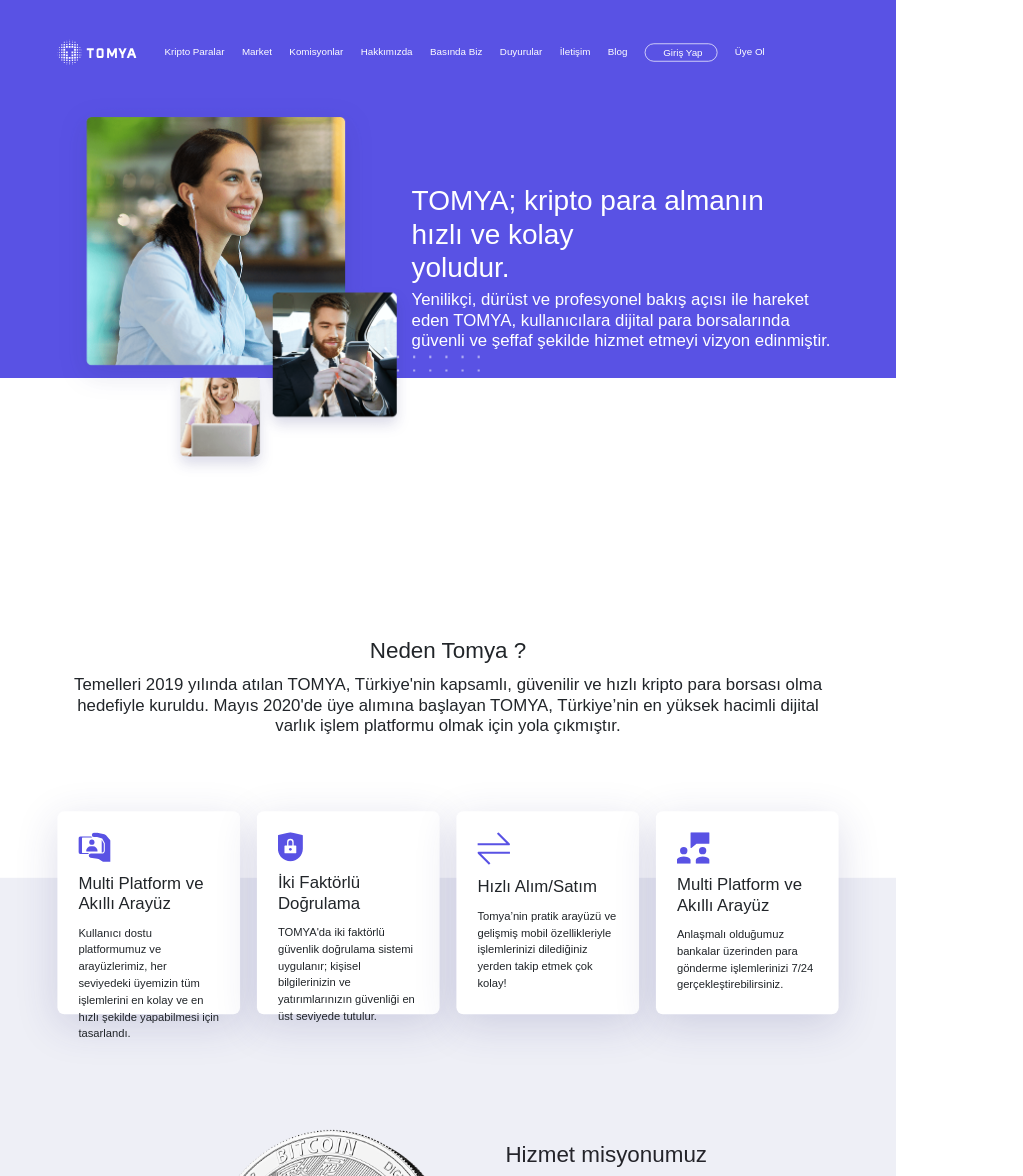
Repository: ezgibayrakli/TomyaProje
Page: index copy.html
The author's editor kept a copy of each file at every save. The page is drawn from the files as they stood at one save, then again after the next save.
The browser window is 1280 px wide. The page is 1280 px wide, then 1461 px, so the pictures cover 1461 px, including what lies to the right of the window. The pictures show the part of the page from y = 0 to 1680 px (the page is 5181 px tall), at 70% of full size.
Some web fonts or font styles are not loaded; a fallback is used.

Above is the page before, as saved 2023-07-06 13:37:31.

### index copy.html
<!DOCTYPE html>
<html lang="en">
<head>
    <meta charset="UTF-8">
    <meta name="viewport" content="width=device-width, initial-scale=1.0">
    <!-- BOOTSTRAP -->
    <link href="https://cdn.jsdelivr.net/npm/bootstrap@5.1.3/dist/css/bootstrap.min.css" rel="stylesheet" integrity="sha384-1BmE4kWBq78iYhFldvKuhfTAU6auU8tT94WrHftjDbrCEXSU1oBoqyl2QvZ6jIW3" crossorigin="anonymous">
    <link rel="stylesheet" href="style.css">
    <title>Hakkımızda-Tomya</title>
</head>
<body>
    <!-- HEADER START -->
    <section id="header">
        <div class="header">
            <div class="container">
                <nav class="navbar navbar-expand-lg navbar-light">
                    <div class="header-logo mt-5">
                        <img src="photo/tomya-logo.svg" alt="">
                    </div>
                    <button class="navbar-toggler" type="button" data-toggle="collapse" data-target="#navbarNavDropdown" aria-controls="navbarNavDropdown" aria-expanded="false" aria-label="Toggle navigation">
                      <span class="navbar-toggler-icon"></span>
                    </button>
                    <div class="collapse navbar-collapse" id="navbarNavDropdown">
                        <ul class="main-menu-header navbar-nav mt-5">
                            <li><a href="#">Kripto Paralar</a></li>
                            <li><a href="#">Market</a></li>
                            <li><a href="#">Komisyonlar</a></li>
                            <li><a href="#">Hakkımızda</a></li>
                            <li><a href="#">Basında Biz</a></li>
                            <li><a href="#">Duyurular</a></li>
                            <li><a href="#">İletişim</a></li>
                            <li><a href="#">Blog</a></li>
                            <li class="enter"><a href="#">Giriş Yap</a></li>
                            <li><a href="#">Üye Ol</a></li>
                        </ul>
                    </div>
                  </nav>
                <div class="header-text">
                    <div class="header-about-img">
                        <span class="icons-header"></span>
                        <img src="photo/aboutus-banner.png" alt="">
                    </div>
                    <div class="header-about-text">
                        <h1>TOMYA; kripto para almanın <br> hızlı ve kolay <br> yoludur.</h1>
                        <h4>Yenilikçi, dürüst ve profesyonel bakış açısı ile hareket eden TOMYA, kullanıcılara dijital para borsalarında güvenli ve şeffaf şekilde hizmet etmeyi vizyon edinmiştir.</h4>
                    </div>

                </div>
                </div>
            </div>
        </div>
    </section>
    <!-- HEADER END -->

    <!-- MAIN MENU START -->
    <section id="mainmenu">
        <div class="main-menu">
            <div class="container">
              <h2 class="text-md-center mt-5">Neden Tomya ?</h2>
              <h4 class="text-md-center mt-3">Temelleri 2019 yılında atılan TOMYA, Türkiye'nin kapsamlı, güvenilir ve hızlı kripto para borsası olma hedefiyle kuruldu. Mayıs 2020'de üye alımına başlayan TOMYA, Türkiye’nin en yüksek hacimli dijital varlık işlem platformu olmak için yola çıkmıştır.</h4>
            <div class="row">
                <div class="col-sm-12 col-md-3">
                    <div class="box">
                        <img src="photo/ic-selfie.svg" alt="">
                        <div class="box-text">
                            <h4 class="mt-3">Multi Platform ve Akıllı Arayüz</h4>
                            <p class="mt-3">Kullanıcı dostu platformumuz ve arayüzlerimiz, her seviyedeki üyemizin tüm işlemlerini en kolay ve en hızlı şekilde yapabilmesi için tasarlandı.</p>
                        </div>
                    </div>
                </div>
                <div class="col-sm-12 col-md-3">
                    <div class="box">
                        <img src="photo/ic-privacy.svg" alt="">
                        <div class="box-text">
                            <h4 class="mt-3">İki Faktörlü Doğrulama</h4>
                            <p class="mt-3">TOMYA'da iki faktörlü güvenlik doğrulama sistemi uygulanır; kişisel bilgilerinizin ve yatırımlarınızın güvenliği en üst seviyede tutulur.</p>
                        </div>
                    </div>
                </div>
                <div class="col-sm-12 col-md-3">
                    <div class="box">
                        <img src="photo/ic-sellbuy.svg" alt="">
                        <div class="box-text">
                            <h4 class="mt-3">Hızlı Alım/Satım</h4>
                            <p class="mt-3">Tomya’nin pratik arayüzü ve gelişmiş mobil özellikleriyle işlemlerinizi dilediğiniz yerden takip etmek çok kolay!</p>
                        </div>
                    </div>
                </div>
                <div class="col-sm-12 col-md-3">
                    <div class="box">
                        <img src="photo/ic-support.svg" alt="">
                        <div class="box-text">
                            <h4 class="mt-3">Multi Platform ve Akıllı Arayüz</h4>
                            <p class="mt-3">Anlaşmalı olduğumuz bankalar üzerinden para gönderme işlemlerinizi 7/24 gerçekleştirebilirsiniz.</p>
                        </div>
                    </div>
                </div>
            </div>
            </div>
        </div>
        <div class="main-menu-two">
            <div class="container">
                <div class="row">
                    <div class="col-sm-12 col-md-6 coins">
                        <img src="photo/aboutus-coins.png" alt="">
                    </div>
                    <div class="col-sm-12 col-md-6 coins-text">
                        <h2 class="mt-3">Hizmet misyonumuz</h2>
                        <ul class="coins-text-ul">
                            <li>Güçlü takım ve işbirliği ile tam hizmet</li>
                            <li>Üstün teknoloji ürünleri ile 7/24 destek</li>
                            <li>Güvenilir kaynaklardan en son piyasa bilgileri</li>
                            <li>Sonuç odaklı araştırma ve strateji planlaması</li>
                            <li>Yüksek güvenlik ve kişisel verilerin korunması</li>
                        </ul>
                    </div>

                </div>
            </div>
        </div>
        <div class="main-menu-three">
            <div class="container">
                <h2 >İş Ortaklarımız</h2>
                <div class="row">
                        <div class="col-sm-12 col-md-6 bctr-img">
                            <img src="photo/BCTR-logo.png" alt="">
                        </div>
                        <div class="col-sm-12 col-md-6 mt-auto mb-auto ">
                            <p>Tomya Teknoloji A.Ş. olarak kripto ekosisteminde faaliyetlerimize hız kesmeden devam ediyoruz. Türkiye’de sürdürülebilir blockchain ekosistemi oluşturan, bu teknoloji ile yeni dönem iş yapış biçimlerinin önündeki zorlukların giderilmesine yönelik çalışmaları bulunan Blockchain Türkiye Platformu'na platin üye olduk.</p>
                        </div>
                </div>
            </div>
        </div>
        <div class="main-menu-four">
    <div class="container">
        <div class="row">
            <div class="col-sm-6">
                <h2>TOMYA'yı Sosyal Medyada Takip Edin</h2>
                <h3 class="mt-3">Dijital para borsalarındaki diğer yatırımcılarla bağlantı kurmak, promosyonlar hakkında bilgi almak ve yatırım stratejilerini tartışmak için TOMYA'yı sosyal medya üzerinden takip edebilirsiniz.</h3>
                <a href="#" ><img src="photo/followTwitter.svg" alt="" class="mt-5"></a>
            </div>
                <div class="col-sm-6 twitter-img">
                    <img  alt="img_twitter_social" src="photo/img_twitter_social.png">
                </div>
            </div>
    </div>
        </div>
        <div class="main-menu-five">
            <div class="container">
                <div class="box">
                    <div class="row">
                        <div class="col-md-4">
                            <h2>Basın Kiti</h2>
                        </div>
                        <div class="col-md-8">
                            <h3>Markamıza ait logomuzun medya kanallarında ya da farklı mecralarda en doğru şekilde kullanımı için basın materyallerini indirebilirsiniz.</h3>
                        </div>
                    </div>
                    <div class="row" style="height: 200px;margin-top: 45px;">
                        <div class="col-md-2 bg-white" style="margin-right:20px;border-radius: 10px;">
                            <h6 style="margin-top: 150px;text-align: center;">Logo Kullanımı</h6>
                        </div>
                        <div class="col bg-white" style="border-radius: 10px;">
                            <div class="row">
                                <div class="col-md-3">
                                    <h6 style="margin-top: 140px;text-align: center;">Renkli ve <br>
                                        Siyah/Beyaz kullanım</h6>
                                </div>
                                <div class="col-md-3">
                                    <h6 style="margin-top: 140px;text-align: center;">Logo baskı, web ve <br>
                                        HEX renk kodları</h6></div>
                                <div class="col-md-6">
                                <a href="#">
                                    <h6 class="btn-outline" style="margin-top: 140px;text-align: center;">
                                        Basın Kitini İndir
                                    </h6>
                                </a>
                                </div>
                        </div>

                    </div>
                </div>
            </div>
        </div>
    </section>
    <!-- MAIN MENU END -->

    <!-- FOOTER START -->
    <div class="footer">
        <div class="footer-one mt-5">
            <div class="container">
                <div class="wrap d-flex align-items-start flex-lg-row flex-column">
                    <h3>Avantajlı Kripto İşlemleri</h3>
                    <h5 class="w-100 ml-lg-3 mt-lg-0 ">TOMYA, müşterilerine güvenilir ve șeffaf hizmet anlayışının yanında düșük komisyon prensipleri de sunar. TOMYA ile dijital para borsalarındaki alım satım deneyiminizi en üst noktaya çıkarabilirsiniz.</h5>
                    <a href="#" class="btn mr-auto ml-auto  mr-lg-0 mt-lg-0 ">Hesap Oluştur</a>
                </div>
            </div>
        </div>
    <footer class="footer-two footer">
    <div class="container">
        <div class="row">
            <div class="col-md-2 items">
                <h6>Kurumsal</h6>
                <ul>
                    <li><a href="#">Kullanıcı Sözleşmesi</a></li>
                    <li><a href="#">Gizlilik ve Çerez Politikası</a></li>
                    <li><a href="#">Kişisel Verilerin Korunması</a></li>
                    <li><a href="#">Açık Rıza Ve Dijital İletişim İzni Beyanı</a></li>
                    <li><a href="#">Hakkımızda</a></li>
                    <li><a href="#">İletişim</a></li>
                </ul>
            </div>
            <div class="col-md-2 items">
                <h6>Kullanıcılar için</h6>
                <ul>
                    <li><a href="#">Blog</a></li>
                    <li><a href="#">Basında Biz</a></li>
                    <li><a href="#">Sıkça Sorulan Sorular</a></li>
                    <li><a href="#">Kripto Hesaplayıcı</a></li>
                    <li><a href="#">Kripto Sözlük</a></li>
                    <li><a href="#">Duyurular</a></li>
                    <li><a href="#">Limitler</a></li>
                    <li><a href="#">Para Yatırma ve Çekme Platformları</a></li>
                    <li><a href="#">Kara Para Aklamayı Önleme Politikası</a></li>
                    <li><a href="#">Müşterini Tanı (KYC) Politikası</a></li>

                </ul>
            </div>
            <div class="col-md-2 items">
                <h6>Kripto paralar</h6>
            <ul >
                    <li><a href="#">Bitcoin</a></li>
                    <li><a href="#">Ethereum</a></li>
                    <li><a  href="#">Ripple</a></li>
                    <li> <a  href="#">Litecoin</a></li>
                    <li><a  href="#">Tether</a></li>
                    <li> <a  href="#">Chainlink</a></li>
                    <li> <a  href="#">Polkadot</a></li>
                    <li> <a  href="#">Avalanche</a></li>
                    <li><a  href="#">Binance Coin</a></li>
                    <li>  <a  href="#">Pancakeswap</a></li>
                    <li> <a  href="#">Solana</a></li>
                    <li><a  href="#">NEAR Protocol</a></li>
                    <li> <a  href="#">ApeCoin</a></li>
                    <li><a  href="#">Uniswap</a></li>
                    <li><a  href="#">Fantom</a></li>
                    <li><a  href="#">Curve DAO</a></li>
                    <li> <a  href="#">Ethereum Classic</a></li>
            </ul>
            </div>
            <div class="col-md-2 items mt-4">
            <ul>
                <li><a href="#">Dogecoin</a></li>
                <li> <a href="#">Cardano</a></li>
                <li><a href="#">NEO</a></li>
                <li>  <a href="#">Chiliz</a></li>
                <li><a href="#">Holochain</a></li>
                <li> <a href="#">BitTorrent Chain</a></li>
                <li><a href="#">Decentraland</a></li>
                <li><a href="#">The Sandbox</a></li>
                <li> <a href="#">Shiba Inu</a></li>
                <li><a href="#">Polygon</a></li>
                <li> <a href="#">PAX Gold</a></li>
                <li> <a href="#">Cosmos</a></li>
                <li><a href="#">Enjin Coin</a></li>
                <li> <a href="#">VeChain</a></li>
                <li><a href="#">THORChain </a></li>
                <li> <a href="#">Oasis Network</a></li>

            </ul>
            </div>
            <div class="col-md-2 items">
                <h6>Rehber</h6>
                <ul>
                <li>  <a href="#">Bitcoin al</a></li>
                <li><a href="#">Ethereum al</a></li>
                <li> <a href="#">Ripple al</a></li>
                <li><a href="#">Litecoin al</a></li>
                <li> <a href="#">Tether al</a></li>
                <li> <a href="#">Chainlink al</a></li>
                <li><a href="#">Polkadot al</a></li>
                <li><a href="#">Avalanche al</a></li>
                <li> <a href="#">Binance Coin al</a></li>
                <li> <a href="#">Pancakeswap al</a></li>
                <li><a href="#">Solana al</a></li>
                <li><a href="#">NEAR Protocol al</a></li>
                <li><a href="#">ApeCoin al</a></li>
                <li> <a href="#">Uniswap al</a></li>
                <li>  <a href="#">Fantom al</a></li>
                <li><a href="#">Curve DAO al</a></li>
                <li><a href="#">Ethereum Classic al</a></li>

            </ul>
            </div>
            <div class="col-md-2 items mt-4">
            <ul>
                <li>   <a href="#">Dogecoin al</a></li>
                <li> <a href="#">Cardano al</a></li>
                <li><a href="#">NEO al</a></li>
                <li><a href="#">Chiliz al</a></li>
                <li><a href="#">Holochain al</a></li>
                <li> <a href="#">BitTorrent Chain al</a></li>
                <li> <a href="#">Decentraland al</a></li>
                <li><a href="#">The Sandbox al</a></li>
                <li><a href="#">Shiba Inu al</a></li>
                <li><a href="#">Polygon al</a></li>
                <li><a href="#">PAX Gold al</a></li>
                <li> <a href="#">Cosmos al</a></li>
                <li> <a href="#">Enjin Coin al</a></li>
                <li><a href="#">VeChain al</a></li>
                <li><a href="#">THORChain al</a></li>
                <li><a href="#">Oasis Network al</a></li>

            </ul>
            </div>
        </div>
        <hr class="mt-5" style="color: gray;">
      <div class=" pt-5 d-flex justify-content-lg-between flex-lg-row flex-column align-items-lg-center">
            <div>
            <h6 >TOMYA TEKNOLOJİ A.Ş. <br>Maslak Mah. Saat Sok. Spine Tower No: 5/10, <br>Sarıyer / İstanbul </h6>
            <br><h6 >Tel: 0(212) 807 10 71(72-73)</h6>
        </div>
        <div>
        <div class="social d-flex justify-content-lg-end mt-lg-0 mt-5">
            <a class="mr-4" href="https://www.facebook.com/tomya.com" target="_blank"><img  alt="facebook-ikon" src="photo/ic-fb.svg"></a>
            <a class="mr-4" href="https://twitter.com/tomyacom" target="_blank"><img  alt="twitter-ikon" src="photo/ic-tw.svg"></a>
            <a class="mr-4" href="https://www.instagram.com/tomyacom/" target="_blank"><img alt="instagram-ikon" src="photo/ic-ins.svg"></a>
            <a class="mr-4" href="https://t.me/tomyacom" target="_blank"><img alt="telegram-ikon" src="photo/ic-telegram.svg"></a>
            <a class="mr-4" href="https://www.youtube.com/channel/UCSOpFT_5xJLvf6yfXIyxDlQ" target="_blank"><img alt="yt-ikon" src="photo/ic-yt-logo.svg"></a>
        </div>
        </div>
       </div>
       <div class="row">
        <h6 class="mt-5 mb-5 tomya-end">Tüm Hakları Saklıdır. © 2021 - TOMYA <br> TOMYA TEKNOLOJİ A.Ş. <br> Mersis No: 0850062440300001</h6>
       </div>
    </div>
       </footer>

    </div>
    <!-- FOOTER END -->

    <script src="tomya.js"></script>
    <script src="https://cdn.jsdelivr.net/npm/bootstrap@5.1.3/dist/js/bootstrap.bundle.min.js" integrity="sha384-ka7Sk0Gln4gmtz2MlQnikT1wXgYsOg+OMhuP+IlRH9sENBO0LRn5q+8nbTov4+1p" crossorigin="anonymous"></script>
    <!-- SAYFAMIZIN NETWORK KISMINDAN UYGULANIP UYGULANMADIGINI GORURUZ -->
</body>
</html>

### style.css
/* FONTS */
  @import url('https://fonts.googleapis.com/css2?family=Barlow+Condensed&family=Edu+NSW+ACT+Foundation&family=Fira+Sans&family=Quicksand:wght@300&family=Rajdhani:wght@300&family=Tinos:ital@1&display=swap');
  @import url('assets/fonts/GraphikRegular.ttf');
  @import url('assets/fonts/GraphikMedium.ttf');

/* TUM SITELER ICIN KULLANILAN SIFIRLAMA KODLAR */
*,
*::before,
*::after,
body{
    padding: 0;
    margin: 0;
    box-sizing: border-box;
    border: 0;
    font-family:Sans-Serif;

}

a,
a:link,
a:visited{
    text-decoration: none;
    outline: none;
    border: none;
}

ul,
li {
    list-style: none;
    margin: 0;
    padding: 0;
}

section,
span,
p {
    margin: 0;
    padding:0;
    outline: none;
    border: none;
}

/* HEADER */
.header{
    background-color: #5952e4;
    max-width: 100%;
    height: 75vh;
}
.header-navbar{
    display: flex;
    /* align-items: center; */
    justify-content: space-between;
    padding-top: 50px;
}
    .menu-items ul{
        align-items: center;
        justify-content: flex-end;
    }
    .main-menu-header{
        display: flex;
        margin-left: 15px;
    }
    .main-menu-header li > a {
        color: white;
        font-size: 14px;
        padding-left: 25px;
    }
    .enter{
        border: 1px solid;
        color:#fff;
        border-radius: 25px;
        padding-right: 20px;
        margin-left: 25px;
    }

/* HEADER TEXT */
.header-text{
    color: #fff;
    display: flex;
    align-items: center;
    justify-content:center;

}
.header-about-img img{
    width: 100%;
    height: 100%;
    margin:35px 0 35px 0;
}
.header-about-text{
    margin-bottom: 50px;
    position: relative;
}
.header-about-text::after{
    content: "";
    background: url(dots.svg);
    position: absolute;
    width: 120px;
    height: 44px;
    opacity: 0.5;
    left: -21px;

}
.icons-header{
    width: 1133px;
    height: 765px;
}


/* Main-Menu */
.main-menu{
    margin-top: 370px;
}
.box{
    background: #fff;
    margin-top: 100px;
    height: 290px;
    border-radius: 10px;
    padding: 30px;
    box-shadow:  0 15px 60px 0 rgba(50,46,127,.17);
}
.main-menu-two{
    background: #eeeff6;
    margin-top: -195px;
    padding-top: 360px;
}

/* Main-Menu-Two */
.coins img {
    width: 630px;
    margin-bottom: -75px;
    margin-left: 90px;
}
.coins-text h2{
    color: #24242a;
    padding-left: 70px;
}
.coins-text-ul{
    margin-top: 20px;
    padding-left: 70px;
}
.coins-text-ul li{
    list-style:disc;
    padding-top: 10px;
    font-size: 18px;

}

/* REFERANSLAR (Main-Menu-Three) */
.main-menu-three h2{
    text-align: center;
}
.main-menu-three .container{
    max-width: 1200px;
    margin-top: 150px;
    background: #fff;
    box-shadow: 0 15px 60px 0 rgba(50,46,127,.17);
    border-radius: 15px;
    padding: 30px;
}
.bctr-img img{
    display: block;
    margin-left: auto;
    margin-right: auto;
    width: 50%;
}


/* Main-Menu-Four */
.main-menu-four{
    padding-top: 215px;

}
.main-menu-four .container{
    max-width: 1200px;

}
.main-menu-four .container h4{
    padding:15px 0 25px 0;
}
.container .twitter-img img{
    width: 100%;
    display: block;
    margin-left: auto;
    margin-right: auto;

}
.btn-outline{
  background-color: #fff;
  border-radius: 25px;
  color: #5952e4;
  border: 1px solid #5952e4;
  text-align: center;
}

/* Main-Menu-Five */

.main-menu-five .container{
    padding-top: 120px;

}
.main-menu-five .container .box{
    background: #eeeff6;
    border-radius: 10px;
    padding: 100px 150px 120px;
    height: 500px;
    position: relative;
}
.row.kit{
    margin-top: 70px;
    position: absolute;
    margin:50px 200px;
}
.kit-left{
    background-color: #fff;
    margin-right: 15px;
    height: 200px;
    border-radius: 10px;
    padding: 13px 50px;
    font-size: 10px;

}
.kit-right{
    background-color: #fff;
    border-radius: 10px;
    height: 200px;
    padding: 13px 50px;

}
.kit-right h6{
padding: 20px;
}

/* FOOTER */
.footer{
    margin-top: 2.5rem;
    background-color:#131416;
}
.footer-one{

    position: relative;
    z-index: 2;
    background-color: #131416;
}
.footer-one .container {
    background: #eeeff6;
    border-radius: 15px;
    padding: 50px;
}
.btn{
    color: #fff;
    background-color: #5952e4;
    border-color: #5952e4;
    min-width: 190px;
    border-radius: 35px;
    line-height: 30px;
}
.btn:hover{
    color: #fff;
}
.footer-two h6{
    color: #fff;

}
div.items ul > li{
    padding-top: 10px;
}
div.items ul > li > a {
    color:rgba(238,239,246,.5);
    padding-top: 15px;
}
.social > a{
    padding-right: 17px;
    transition: .4s;
}
.tomya-end  {
    color: rgba(238,239,246,.5) !important;
    font-size: 12px;
    line-height: 18px;
}


/* .box {
    background: #eeeff6;
    border-radius: 10px;
    padding: 40px 150px 120px;
}

.box .logoguide {
    border-radius: 5px;
    width: 250px;
    height: 270px;
    background: #fff;
    padding: 32px 38px;
}
.box .mediakit {
    border-radius: 5px;
    width: 100%;
    padding: 39px 47px 30px 62px;
    background: #fff;
    height: 270px;
    position: relative;
} */

Loaded but not shown: tomya.js (no copy from this time; the picture is the same without it)

After the next save:
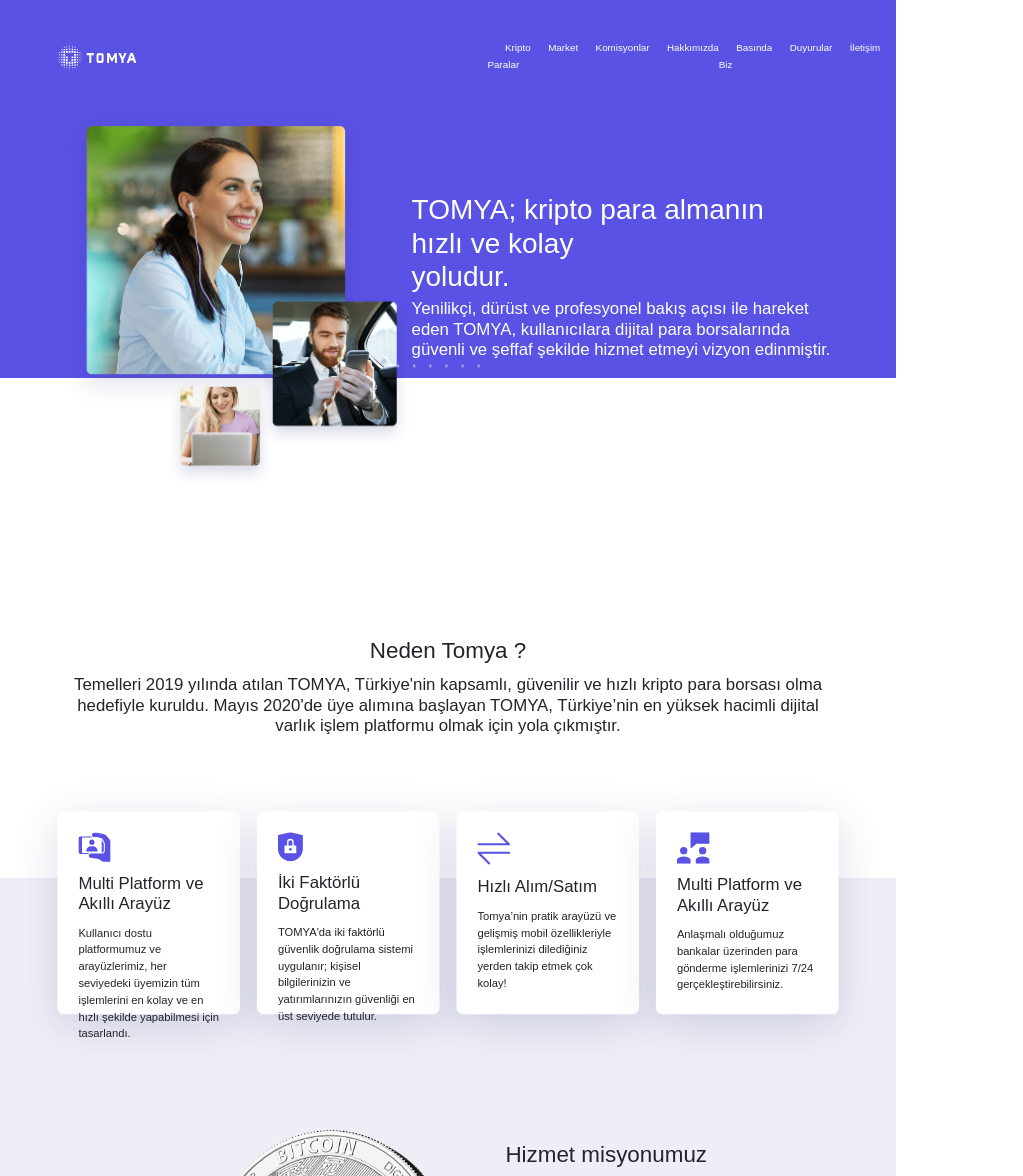
Saved 14 s later.
--- a/style.css
+++ b/style.css
@@ -58,7 +58,7 @@
     }
     .main-menu-header{
         display: flex;
-        margin-left: 15px;
+        margin-left: 50%;
     }
     .main-menu-header li > a {
         color: white;
